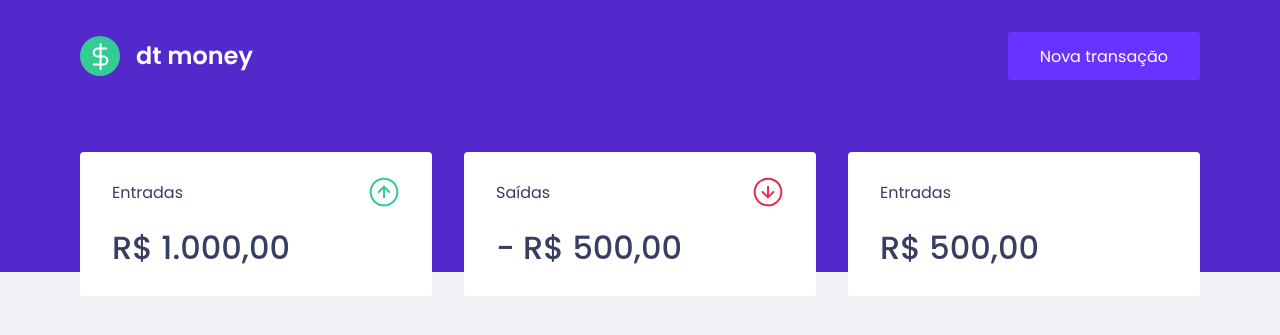
Repository: lucaslopesdevv/dtmoney
Page: /
These files come from the project's save history. The page is drawn as it stood at one moment and after the next save; the edit follows.
The browser window is 1280 px wide. The pictures show the whole page.
The project was rebuilt for these pictures with package versions that can differ from the ones it lists, and the page was loaded fresh each time.

Above is the page before, as saved 2021-12-06 21:19:40.

After the next save:
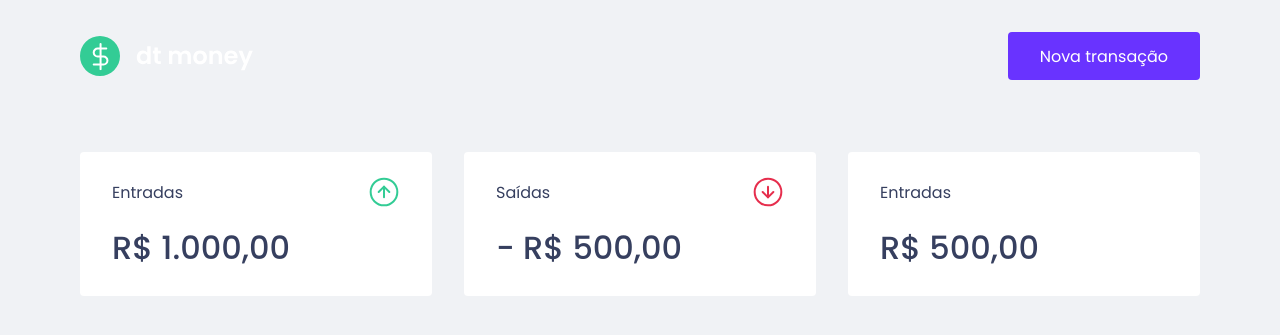
Saved 3 min 9 s later.
--- a/src/styles/global.ts
+++ b/src/styles/global.ts
@@ -4,6 +4,7 @@
 :root {
     --background: #F0F2F5;
     --red: #e52e4d;
+    --green: #33cc95
     --blue: #5429cc;
     --blue-light: #6933ff;
 

After the 5 saves that followed:
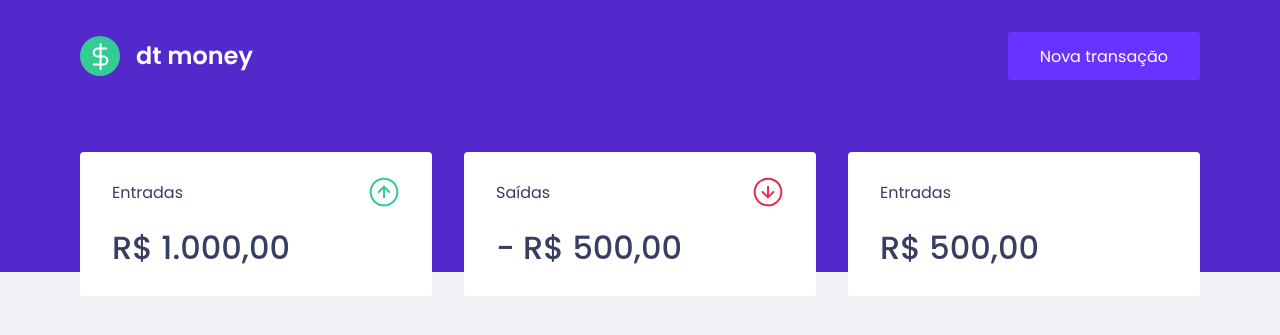
The 5 saves are shown as one change because 4 left the picture as it was.
The last was saved 114 s later.
--- a/src/styles/global.ts
+++ b/src/styles/global.ts
@@ -4,7 +4,7 @@
 :root {
     --background: #F0F2F5;
     --red: #e52e4d;
-    --green: #33cc95
+    --green: #33cc95;
     --blue: #5429cc;
     --blue-light: #6933ff;
 
--- a/src/components/Summary/index.tsx
+++ b/src/components/Summary/index.tsx
@@ -23,7 +23,7 @@ export function Summary() {
                 <strong>- R$ 500,00</strong>
             </div>
 
-            <div>
+            <div className="higlight-background">
                 <header>
                     <p>Entradas</p>
                     <img src={totalImg} alt="Total" />
--- a/src/components/Summary/styles.ts
+++ b/src/components/Summary/styles.ts
@@ -26,4 +26,9 @@ export const Container = styled.div`
         font-weight: 500;
         line-height: 3rem;
     }
+
+    &.highlight-background{
+        background: var(--green);
+        color: #FFF;
+    }
 `;
